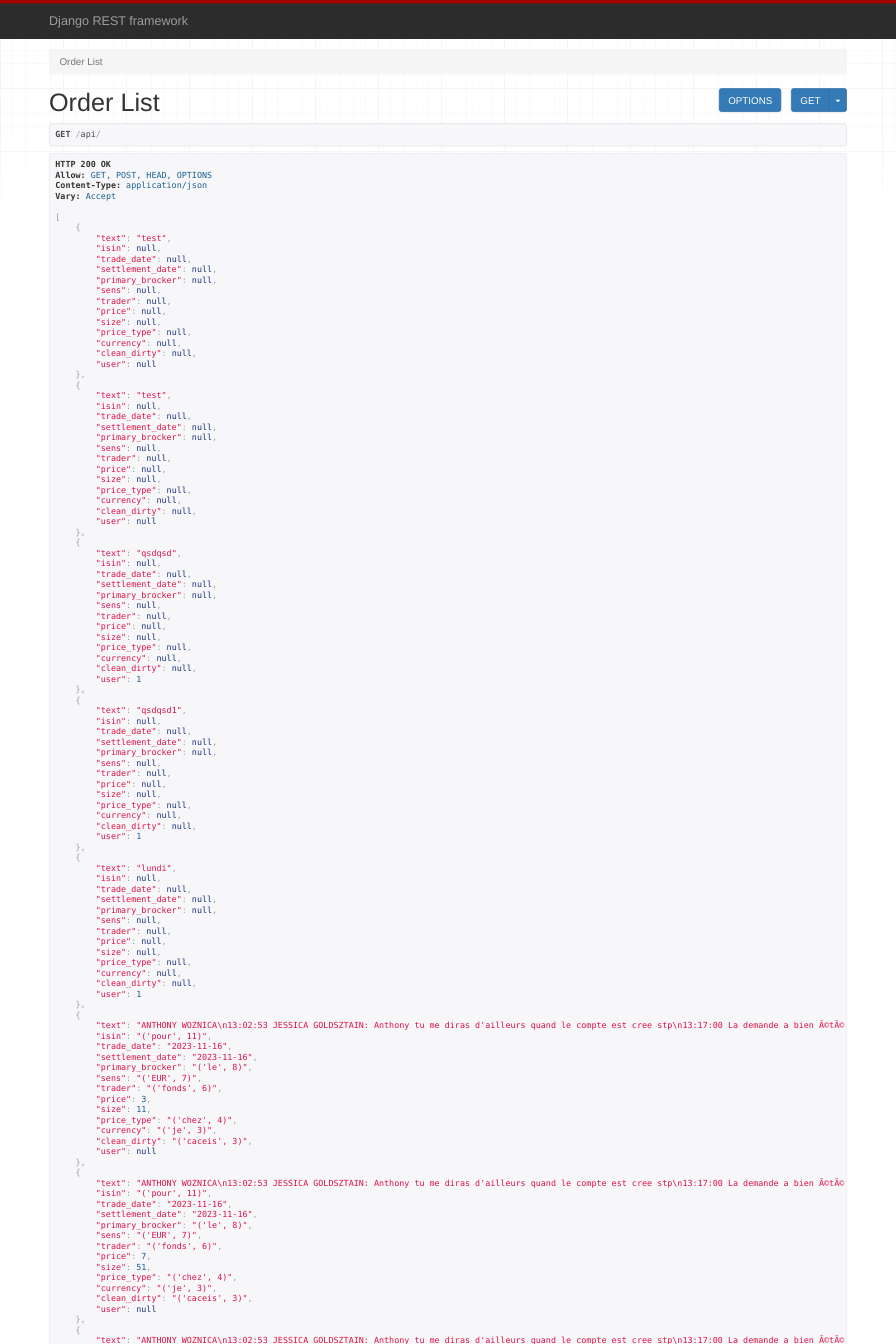
Repository: Dispasim/API2
Page: http://localhost/api/
These files come from the project's save history. The page is drawn as it stood at one moment and after the next save; the edit follows.
The browser window is 1280 px wide. The pictures show the part of the page from y = 0 to 1920 px (the page is 7747 px tall before and 7263 px after), at 70% of full size.
Backgrounds fixed to the window are drawn as part of the page. The page is served by the project's application, run on Django 4.2 (manage.py). Other server files are loaded and not shown. The page reads the database file committed with the project.

Above is the page before, as saved 2023-11-16 20:45:20.

### projet_api/serializers.py
from rest_framework import serializers
from projet.models import Order

class OrderSerializer(serializers.ModelSerializer):
    class Meta:
        model = Order
        fields = ("text","isin","trade_date","settlement_date","primary_brocker","sens","trader","price","size","price_type","currency","clean_dirty","user")#ajouter status
        #fields = ("text","user")

### db.sqlite3 (the tables this page reads, as SQL)
CREATE TABLE "auth_user" ("id" integer NOT NULL PRIMARY KEY AUTOINCREMENT, "password" varchar(128) NOT NULL, "last_login" datetime NULL, "is_superuser" bool NOT NULL, "username" varchar(150) NOT NULL UNIQUE, "last_name" varchar(150) NOT NULL, "email" varchar(254) NOT NULL, "is_staff" bool NOT NULL, "is_active" bool NOT NULL, "date_joined" datetime NOT NULL, "first_name" varchar(150) NOT NULL);
INSERT INTO "auth_user" VALUES
(1, 'pbkdf2_sha256$600000$B7RVPEkLVBTsnWIMyT88z8$smROCXotDNxek4QRbescCy2RKYGCicNA1HIFizQhF+8=', '2023-10-30 19:08:28.519506', 1, 'admin', '', '', 1, 1, '2023-10-30 15:03:18.508687', '');

CREATE TABLE "projet_order" ("id" integer NOT NULL PRIMARY KEY AUTOINCREMENT, "text" text NOT NULL, "clean_dirty" varchar(100) NULL, "currency" varchar(10) NULL, "isin" varchar(12) NULL, "price" integer NULL, "price_type" varchar(10) NULL, "primary_brocker" varchar(100) NULL, "published" datetime NULL, "sens" varchar(100) NULL, "settlement_date" date NULL, "size" integer NULL, "trade_date" date NULL, "trader" varchar(100) NULL, "user_id" integer NULL REFERENCES "auth_user" ("id") DEFERRABLE INITIALLY DEFERRED);
INSERT INTO "projet_order" VALUES
(1, 'test', NULL, NULL, NULL, NULL, NULL, NULL, '2023-11-05 22:40:27.964148', NULL, NULL, NULL, NULL, NULL, NULL),
(2, 'test', NULL, NULL, NULL, NULL, NULL, NULL, '2023-11-05 22:40:27.964148', NULL, NULL, NULL, NULL, NULL, NULL),
(3, 'qsdqsd', NULL, NULL, NULL, NULL, NULL, NULL, '2023-11-05 22:40:40.312300', NULL, NULL, NULL, NULL, NULL, 1),
(4, 'qsdqsd1', NULL, NULL, NULL, NULL, NULL, NULL, '2023-11-05 22:41:47.386012', NULL, NULL, NULL, NULL, NULL, 1),
(5, 'lundi', NULL, NULL, NULL, NULL, NULL, NULL, '2023-11-06 08:49:39.756927', NULL, NULL, NULL, NULL, NULL, 1),
(6, 'ANTHONY WOZNICA
13:02:53 JESSICA GOLDSZTAIN: Anthony tu me diras d''ailleurs quand le compte est cree stp
13:17:00 La demande a bien Ã©tÃ© faite; je te dis quand c''est done
13:07:40 LUCILE COMBE: Anthony en fait je bends 250 partt toal de bond opp : 150 pour le fonds cstb et 100 pour le fonds cma
13:17:10 Bien vu, un instant
13:39:17 100.86 au bid
13:44:03 @Lucile Combe , let me know si c''est good pour toi
14:20:46 Lucile, pour le booking de mon cÃ´tÃ© je te confirme qu''on est done pour:
6,758,000 EUR pour UBS
2,494,000 EUR pour la bil
543,000 EUR pour Cm CIC
700,000 EUR pour le fonds CSTB chez caceis lux
800,000 EUR pour le fonds CMA chez caceis lux
1075,000 EUR pour le fonds CWMA chez caceis lux
400,000 EUR pour le fonds SDA Gestion chez Cm-cic

tous Ã  100%, TD 14 VD 22/09', '(''caceis'', 3)', '(''je'', 3)', '(''pour'', 11)', 3, '(''chez'', 4)', '(''le'', 8)', '2023-11-15 23:44:28.036358', '(''EUR'', 7)', '2023-11-16', 11, '2023-11-16', '(''fonds'', 6)', NULL),
(7, 'ANTHONY WOZNICA
13:02:53 JESSICA GOLDSZTAIN: Anthony tu me diras d''ailleurs quand le compte est cree stp
13:17:00 La demande a bien Ã©tÃ© faite; je te dis quand c''est done
13:07:40 LUCILE COMBE: Anthony en fait je bends 250 partt toal de bond opp : 150 pour le fonds cstb et 100 pour le fonds cma
13:17:10 Bien vu, un instant
13:39:17 100.86 au bid
13:44:03 @Lucile Combe , let me know si c''est good pour toi
14:20:46 Lucile, pour le booking de mon cÃ´tÃ© je te confirme qu''on est done pour:
6,758,000 EUR pour UBS
2,494,000 EUR pour la bil
543,000 EUR pour Cm CIC
700,000 EUR pour le fonds CSTB chez caceis lux
800,000 EUR pour le fonds CMA chez caceis lux
1075,000 EUR pour le fonds CWMA chez caceis lux
400,000 EUR pour le fonds SDA Gestion chez Cm-cic

tous Ã  100%, TD 14 VD 22/09', '(''caceis'', 3)', '(''je'', 3)', '(''pour'', 11)', 7, '(''chez'', 4)', '(''le'', 8)', '2023-11-16 00:04:05.284304', '(''EUR'', 7)', '2023-11-16', 51, '2023-11-16', '(''fonds'', 6)', NULL),
(8, 'ANTHONY WOZNICA
13:02:53 JESSICA GOLDSZTAIN: Anthony tu me diras d''ailleurs quand le compte est cree stp
13:17:00 La demande a bien Ã©tÃ© faite; je te dis quand c''est done
13:07:40 LUCILE COMBE: Anthony en fait je bends 250 partt toal de bond opp : 150 pour le fonds cstb et 100 pour le fonds cma
13:17:10 Bien vu, un instant
13:39:17 100.86 au bid
13:44:03 @Lucile Combe , let me know si c''est good pour toi
14:20:46 Lucile, pour le booking de mon cÃ´tÃ© je te confirme qu''on est done pour:
6,758,000 EUR pour UBS
2,494,000 EUR pour la bil
543,000 EUR pour Cm CIC
700,000 EUR pour le fonds CSTB chez caceis lux
800,000 EUR pour le fonds CMA chez caceis lux
1075,000 EUR pour le fonds CWMA chez caceis lux
400,000 EUR pour le fonds SDA Gestion chez Cm-cic

tous Ã  100%, TD 14 VD 22/09', '(''caceis'', 3)', '(''je'', 3)', '(''pour'', 11)', 39, '(''chez'', 4)', '(''le'', 8)', '2023-11-16 00:52:44.151938', '(''EUR'', 7)', '2023-11-16', 43, '2023-11-16', '(''fonds'', 6)', NULL),
(9, 'ANTHONY WOZNICA
13:02:53 JESSICA GOLDSZTAIN: Anthony tu me diras d''ailleurs quand le compte est cree stp
13:17:00 La demande a bien Ã©tÃ© faite; je te dis quand c''est done
13:07:40 LUCILE COMBE: Anthony en fait je bends 250 partt toal de bond opp : 150 pour le fonds cstb et 100 pour le fonds cma
13:17:10 Bien vu, un instant
13:39:17 100.86 au bid
13:44:03 @Lucile Combe , let me know si c''est good pour toi
14:20:46 Lucile, pour le booking de mon cÃ´tÃ© je te confirme qu''on est done pour:
6,758,000 EUR pour UBS
2,494,000 EUR pour la bil
543,000 EUR pour Cm CIC
700,000 EUR pour le fonds CSTB chez caceis lux
800,000 EUR pour le fonds CMA chez caceis lux
1075,000 EUR pour le fonds CWMA chez caceis lux
400,000 EUR pour le fonds SDA Gestion chez Cm-cic

tous Ã  100%, TD 14 VD 22/09', '(''caceis'', 3)', '(''je'', 3)', '(''pour'', 11)', 11, '(''chez'', 4)', '(''le'', 8)', '2023-11-16 00:55:53.355749', '(''EUR'', 7)', '2023-11-16', 100, '2023-11-16', '(''fonds'', 6)', NULL),
(10, 'OpusCentralAPP
Order to Confirm
Update success
Opus Order Reference:	2603892567
Traded Price:	
1033.76
Settlement Date:	
28/09/2023
Partial Filled Amount:	
11
Accrued Interest(If Any):	
accrued interest
Total Settlement Amount):	
settlement amount
Broker Order Reference:	
broker Order Reference info
Action:	
Order ID:	2603892567
Compartment:	A3GY15 - Compartment 428
Broker Name:	Kepler Cheuvreux
Buy/Sell:	Buy
Currency:	USD
ISIN/Identifer:	DE9739RO0760
Nominal/Units/Amount:	14
[Nominal/Units/Amount]:	Units
Price Limit:	1033.76
Valid Until:	9/26/2023 12:00:00 AM
Quotation:	
Additional Info:	
Order Status:	Complete (Partially filled)
Broker Settlement Date:	9/28/2023 12:00:00 AM
Broker Agreed Final Filled Amount:	11
Broker Agreed Traded Price:	1033.76
Broker Agreed Accrued Interest:	
Broker Agreed Total Settlement Amount:	
Broker Order Reference:	
Broker Agreed Status:	Complete (Partially filled)
Â© 2022 - OpusCentralAPP', '(''Amount:'', 3)', '(''1033.76'', 3)', '(''Broker'', 9)', 26, '(''Reference:'', 3)', '(''Order'', 7)', '2023-11-16 00:56:29.994282', '(''Agreed'', 5)', '2023-11-16', 100, '2023-11-16', '(''Settlement'', 4)', NULL),
(11, 'Tuesday, September 26, 2023
CYRILL POPP
08:48:31 Good morning
08:48:32 Buy CHF 580 units in CH3285307337 at market  pls
ANTHONY WOZNICA
08:49:37 Hi hi
08:50:12 Well seen, will revert after open
CYRILL POPP
08:53:39 Ok thx
DOMINIK PHILIPP GANTNER
09:18:18  Buy USD 42k XSY486T90976 at market pls
ANTHONY WOZNICA
09:20:01 hihi
09:20:03 Well seen
09:18:18 DOMINIK PHILIPP GANTNER:  Buy USD 42k XSY486T90976 at market pls
09:20:11 Will revert after US on this one
DOMINIK PHILIPP GANTNER
09:20:25 Ok thank you
ANTHONY WOZNICA
09:20:31 CH3285307337 with you shortly
08:48:32 CYRILL POPP: Buy CHF 580 units in CH3285307337 at market  pls
09:24:23 Done at 94.46 TD 26 VD 28
MARTIN GROB
09:25:52 Hi
09:26:07 sub USD 275k XS27671785421 at 100%
ARTHUR MALSERT
09:26:07 MARTIN GROB: sub USD 275k XS27671785421 at 100%
09:36:58 Hello Martin, don''t you mean XS2671785421?
MARTIN GROB
09:39:18 yes correct
ARTHUR MALSERT
09:39:34 Ok thanks, order reserved. We''ll revert with confirmation
ALEXIS BOUVET
09:26:07 MARTIN GROB: sub USD 275k XS27671785421 at 100%
09:45:56 +USD 275k in XS2671785421 done @ 100% TD 26/09 VD 04/10
MARTIN GROB
09:47:30 done thx
CYRILL POPP
09:24:23 ANTHONY WOZNICA: Done at 94.46 TD 26 VD 28
10:26:35 Done thx
ANTHONY WOZNICA
15:35:40 XSY486T90976  done at 99.58% TD 26 VD 28', '(''market'', 4)', '(''Buy'', 4)', '(''at'', 10)', 89, '(''CYRILL'', 4)', '(''ANTHONY'', 5)', '2023-11-16 01:01:34.075446', '(''USD'', 5)', '2023-11-16', 73, '2023-11-16', '(''MARTIN'', 5)', NULL),
(12, 'Tuesday, September 26, 2023
CYRILL POPP
08:48:31 Good morning
08:48:32 Buy CHF 580 units in CH3285307337 at market  pls
ANTHONY WOZNICA
08:49:37 Hi hi
08:50:12 Well seen, will revert after open
CYRILL POPP
08:53:39 Ok thx
DOMINIK PHILIPP GANTNER
09:18:18  Buy USD 42k XSY486T90976 at market pls
ANTHONY WOZNICA
09:20:01 hihi
09:20:03 Well seen
09:18:18 DOMINIK PHILIPP GANTNER:  Buy USD 42k XSY486T90976 at market pls
09:20:11 Will revert after US on this one
DOMINIK PHILIPP GANTNER
09:20:25 Ok thank you
ANTHONY WOZNICA
09:20:31 CH3285307337 with you shortly
08:48:32 CYRILL POPP: Buy CHF 580 units in CH3285307337 at market  pls
09:24:23 Done at 94.46 TD 26 VD 28
MARTIN GROB
09:25:52 Hi
09:26:07 sub USD 275k XS27671785421 at 100%
ARTHUR MALSERT
09:26:07 MARTIN GROB: sub USD 275k XS27671785421 at 100%
09:36:58 Hello Martin, don''t you mean XS2671785421?
MARTIN GROB
09:39:18 yes correct
ARTHUR MALSERT
09:39:34 Ok thanks, order reserved. We''ll revert with confirmation
ALEXIS BOUVET
09:26:07 MARTIN GROB: sub USD 275k XS27671785421 at 100%
09:45:56 +USD 275k in XS2671785421 done @ 100% TD 26/09 VD 04/10
MARTIN GROB
09:47:30 done thx
CYRILL POPP
09:24:23 ANTHONY WOZNICA: Done at 94.46 TD 26 VD 28
10:26:35 Done thx
ANTHONY WOZNICA
15:35:40 XSY486T90976  done at 99.58% TD 26 VD 28', '(''market'', 4)', '(''Buy'', 4)', '(''at'', 10)', 45, '(''CYRILL'', 4)', '(''ANTHONY'', 5)', '2023-11-16 01:02:36.756269', '(''USD'', 5)', '2023-11-16', 7, '2023-11-16', '(''MARTIN'', 5)', NULL),
(13, 'Tuesday, September 26, 2023
FITZGERALD STOJANOVIC
10:48:58 gm, we sell EUR 8''000 XS4265Z92J54 at market
ARTHUR MALSERT
10:49:24 Hello Fitzgerald
10:49:25 Well seen
FITZGERALD STOJANOVIC
10:49:27 hi, tx
ARTHUR MALSERT
13:58:26 Fitzgerald, I confirm you just sold 8k of XS4265Z92J54 @ 93.90% dirty

TD 26/09
VD 28/09', '(''September'', 1)', '(''Tuesday,'', 1)', '(''FITZGERALD'', 2)', 21, '(''MALSERT'', 2)', '(''STOJANOVIC'', 2)', '2023-11-16 19:46:09.423220', '(''XS4265Z92J54'', 2)', '2023-11-16', 53, '2023-11-16', '(''ARTHUR'', 2)', NULL),
(14, 'NICO COMMINOT
15:27:28 CH81O34918F6 - UBS sells 150 units at 95
ANTHONY WOZNICA
15:34:13 CHC98810J907 you SELL 9k units at 74.58 TD 25 VD 27
15:34:16 CH81O34918F6  sec
AVNI ELMAZI
16:21:44 DE339K20942A - UBS sells 23 units at market
LAJANA ADANK
16:29:10 XS2671785421 - subs USD 215â€˜000.-
MATHIEU LEROY
16:29:10 LAJANA ADANK: XS2671785421 - subs USD 215â€˜000.-
16:30:35 Done at 100% TD 26/09 VD 04/10
LAJANA ADANK
16:31:04 Thank you
ANTHONY WOZNICA
16:31:13 CH81O34918F6 done at 96.75 TD 26 VD 28', '(''LAJANA'', 3)', '(''VD'', 3)', '(''at'', 5)', 49, '(''TD'', 3)', '(''-'', 4)', '2023-11-16 19:58:17.585222', '(''CH81O34918F6'', 3)', '2023-11-16', 19, '2023-11-16', '(''units'', 3)', NULL),
(15, 'NICO COMMINOT
15:27:28 CH81O34918F6 - UBS sells 150 units at 95
ANTHONY WOZNICA
15:34:13 CHC98810J907 you SELL 9k units at 74.58 TD 25 VD 27
15:34:16 CH81O34918F6  sec
AVNI ELMAZI
16:21:44 DE339K20942A - UBS sells 23 units at market
LAJANA ADANK
16:29:10 XS2671785421 - subs USD 215â€˜000.-
MATHIEU LEROY
16:29:10 LAJANA ADANK: XS2671785421 - subs USD 215â€˜000.-
16:30:35 Done at 100% TD 26/09 VD 04/10
LAJANA ADANK
16:31:04 Thank you
ANTHONY WOZNICA
16:31:13 CH81O34918F6 done at 96.75 TD 26 VD 28', '(''LAJANA'', 3)', '(''VD'', 3)', '(''at'', 5)', 25, '(''TD'', 3)', '(''-'', 4)', '2023-11-16 20:43:53.590990', '(''CH81O34918F6'', 3)', '2023-11-16', 68, '2023-11-16', '(''units'', 3)', NULL),
(16, 'NICO COMMINOT
15:27:28 CH81O34918F6 - UBS sells 150 units at 95
ANTHONY WOZNICA
15:34:13 CHC98810J907 you SELL 9k units at 74.58 TD 25 VD 27
15:34:16 CH81O34918F6  sec
AVNI ELMAZI
16:21:44 DE339K20942A - UBS sells 23 units at market
LAJANA ADANK
16:29:10 XS2671785421 - subs USD 215â€˜000.-
MATHIEU LEROY
16:29:10 LAJANA ADANK: XS2671785421 - subs USD 215â€˜000.-
16:30:35 Done at 100% TD 26/09 VD 04/10
LAJANA ADANK
16:31:04 Thank you
ANTHONY WOZNICA
16:31:13 CH81O34918F6 done at 96.75 TD 26 VD 28', '(''LAJANA'', 3)', '(''VD'', 3)', '(''at'', 5)', 81, '(''TD'', 3)', '(''-'', 4)', '2023-11-16 20:45:08.467904', '(''CH81O34918F6'', 3)', '2023-11-16', 74, '2023-11-16', '(''units'', 3)', NULL),
(17, 'NICO COMMINOT
15:27:28 CH81O34918F6 - UBS sells 150 units at 95
ANTHONY WOZNICA
15:34:13 CHC98810J907 you SELL 9k units at 74.58 TD 25 VD 27
15:34:16 CH81O34918F6  sec
AVNI ELMAZI
16:21:44 DE339K20942A - UBS sells 23 units at market
LAJANA ADANK
16:29:10 XS2671785421 - subs USD 215â€˜000.-
MATHIEU LEROY
16:29:10 LAJANA ADANK: XS2671785421 - subs USD 215â€˜000.-
16:30:35 Done at 100% TD 26/09 VD 04/10
LAJANA ADANK
16:31:04 Thank you
ANTHONY WOZNICA
16:31:13 CH81O34918F6 done at 96.75 TD 26 VD 28', '(''LAJANA'', 3)', '(''VD'', 3)', '(''at'', 5)', 17, '(''TD'', 3)', '(''-'', 4)', '2023-11-16 20:45:36.224235', '(''CH81O34918F6'', 3)', '2023-11-16', 50, '2023-11-16', '(''units'', 3)', NULL),
(18, 'NICO COMMINOT
15:27:28 CH81O34918F6 - UBS sells 150 units at 95
ANTHONY WOZNICA
15:34:13 CHC98810J907 you SELL 9k units at 74.58 TD 25 VD 27
15:34:16 CH81O34918F6  sec
AVNI ELMAZI
16:21:44 DE339K20942A - UBS sells 23 units at market
LAJANA ADANK
16:29:10 XS2671785421 - subs USD 215â€˜000.-
MATHIEU LEROY
16:29:10 LAJANA ADANK: XS2671785421 - subs USD 215â€˜000.-
16:30:35 Done at 100% TD 26/09 VD 04/10
LAJANA ADANK
16:31:04 Thank you
ANTHONY WOZNICA
16:31:13 CH81O34918F6 done at 96.75 TD 26 VD 28', '(''LAJANA'', 3)', '(''VD'', 3)', '(''at'', 5)', 7, '(''TD'', 3)', '(''-'', 4)', '2023-11-16 20:45:40.027585', '(''CH81O34918F6'', 3)', '2023-11-16', 16, '2023-11-16', '(''units'', 3)', NULL),
(19, 'NICO COMMINOT
15:27:28 CH81O34918F6 - UBS sells 150 units at 95
ANTHONY WOZNICA
15:34:13 CHC98810J907 you SELL 9k units at 74.58 TD 25 VD 27
15:34:16 CH81O34918F6  sec
AVNI ELMAZI
16:21:44 DE339K20942A - UBS sells 23 units at market
LAJANA ADANK
16:29:10 XS2671785421 - subs USD 215â€˜000.-
MATHIEU LEROY
16:29:10 LAJANA ADANK: XS2671785421 - subs USD 215â€˜000.-
16:30:35 Done at 100% TD 26/09 VD 04/10
LAJANA ADANK
16:31:04 Thank you
ANTHONY WOZNICA
16:31:13 CH81O34918F6 done at 96.75 TD 26 VD 28', '(''LAJANA'', 3)', '(''VD'', 3)', '(''at'', 5)', 92, '(''TD'', 3)', '(''-'', 4)', '2023-11-16 20:46:14.738606', '(''CH81O34918F6'', 3)', '2023-11-16', 91, '2023-11-16', '(''units'', 3)', NULL),
(20, 'NICO COMMINOT
15:27:28 CH81O34918F6 - UBS sells 150 units at 95
ANTHONY WOZNICA
15:34:13 CHC98810J907 you SELL 9k units at 74.58 TD 25 VD 27
15:34:16 CH81O34918F6  sec
AVNI ELMAZI
16:21:44 DE339K20942A - UBS sells 23 units at market
LAJANA ADANK
16:29:10 XS2671785421 - subs USD 215â€˜000.-
MATHIEU LEROY
16:29:10 LAJANA ADANK: XS2671785421 - subs USD 215â€˜000.-
16:30:35 Done at 100% TD 26/09 VD 04/10
LAJANA ADANK
16:31:04 Thank you
ANTHONY WOZNICA
16:31:13 CH81O34918F6 done at 96.75 TD 26 VD 28', '(''LAJANA'', 3)', '(''VD'', 3)', '(''at'', 5)', 86, '(''TD'', 3)', '(''-'', 4)', '2023-11-16 20:46:58.215040', '(''CH81O34918F6'', 3)', '2023-11-16', 19, '2023-11-16', '(''units'', 3)', NULL),
(21, 'NICO COMMINOT
15:27:28 CH81O34918F6 - UBS sells 150 units at 95
ANTHONY WOZNICA
15:34:13 CHC98810J907 you SELL 9k units at 74.58 TD 25 VD 27
15:34:16 CH81O34918F6  sec
AVNI ELMAZI
16:21:44 DE339K20942A - UBS sells 23 units at market
LAJANA ADANK
16:29:10 XS2671785421 - subs USD 215â€˜000.-
MATHIEU LEROY
16:29:10 LAJANA ADANK: XS2671785421 - subs USD 215â€˜000.-
16:30:35 Done at 100% TD 26/09 VD 04/10
LAJANA ADANK
16:31:04 Thank you
ANTHONY WOZNICA
16:31:13 CH81O34918F6 done at 96.75 TD 26 VD 28', '(''LAJANA'', 3)', '(''VD'', 3)', '(''at'', 5)', 49, '(''TD'', 3)', '(''-'', 4)', '2023-11-16 20:50:28.319714', '(''CH81O34918F6'', 3)', '2023-11-16', 15, '2023-11-16', '(''units'', 3)', NULL),
(22, 'NICO COMMINOT
15:27:28 CH81O34918F6 - UBS sells 150 units at 95
ANTHONY WOZNICA
15:34:13 CHC98810J907 you SELL 9k units at 74.58 TD 25 VD 27
15:34:16 CH81O34918F6  sec
AVNI ELMAZI
16:21:44 DE339K20942A - UBS sells 23 units at market
LAJANA ADANK
16:29:10 XS2671785421 - subs USD 215â€˜000.-
MATHIEU LEROY
16:29:10 LAJANA ADANK: XS2671785421 - subs USD 215â€˜000.-
16:30:35 Done at 100% TD 26/09 VD 04/10
LAJANA ADANK
16:31:04 Thank you
ANTHONY WOZNICA
16:31:13 CH81O34918F6 done at 96.75 TD 26 VD 28', '(''LAJANA'', 3)', '(''VD'', 3)', '(''at'', 5)', 45, '(''TD'', 3)', '(''-'', 4)', '2023-11-16 20:51:36.539504', '(''CH81O34918F6'', 3)', '2023-11-16', 45, '2023-11-16', '(''units'', 3)', NULL),
(23, 'NICO COMMINOT
15:27:28 CH81O34918F6 - UBS sells 150 units at 95
ANTHONY WOZNICA
15:34:13 CHC98810J907 you SELL 9k units at 74.58 TD 25 VD 27
15:34:16 CH81O34918F6  sec
AVNI ELMAZI
16:21:44 DE339K20942A - UBS sells 23 units at market
LAJANA ADANK
16:29:10 XS2671785421 - subs USD 215â€˜000.-
MATHIEU LEROY
16:29:10 LAJANA ADANK: XS2671785421 - subs USD 215â€˜000.-
16:30:35 Done at 100% TD 26/09 VD 04/10
LAJANA ADANK
16:31:04 Thank you
ANTHONY WOZNICA
16:31:13 CH81O34918F6 done at 96.75 TD 26 VD 28', '(''LAJANA'', 3)', '(''VD'', 3)', '(''at'', 5)', 36, '(''TD'', 3)', '(''-'', 4)', '2023-11-16 20:52:07.580674', '(''CH81O34918F6'', 3)', '2023-11-16', 21, '2023-11-16', '(''units'', 3)', NULL),
(24, 'NICO COMMINOT
15:27:28 CH81O34918F6 - UBS sells 150 units at 95
ANTHONY WOZNICA
15:34:13 CHC98810J907 you SELL 9k units at 74.58 TD 25 VD 27
15:34:16 CH81O34918F6  sec
AVNI ELMAZI
16:21:44 DE339K20942A - UBS sells 23 units at market
LAJANA ADANK
16:29:10 XS2671785421 - subs USD 215â€˜000.-
MATHIEU LEROY
16:29:10 LAJANA ADANK: XS2671785421 - subs USD 215â€˜000.-
16:30:35 Done at 100% TD 26/09 VD 04/10
LAJANA ADANK
16:31:04 Thank you
ANTHONY WOZNICA
16:31:13 CH81O34918F6 done at 96.75 TD 26 VD 28', '(''LAJANA'', 3)', '(''VD'', 3)', '(''at'', 5)', 64, '(''TD'', 3)', '(''-'', 4)', '2023-11-16 20:58:34.593430', '(''CH81O34918F6'', 3)', '2023-11-16', 92, '2023-11-16', '(''units'', 3)', NULL),
(25, 'NICO COMMINOT
15:27:28 CH81O34918F6 - UBS sells 150 units at 95
ANTHONY WOZNICA
15:34:13 CHC98810J907 you SELL 9k units at 74.58 TD 25 VD 27
15:34:16 CH81O34918F6  sec
AVNI ELMAZI
16:21:44 DE339K20942A - UBS sells 23 units at market
LAJANA ADANK
16:29:10 XS2671785421 - subs USD 215â€˜000.-
MATHIEU LEROY
16:29:10 LAJANA ADANK: XS2671785421 - subs USD 215â€˜000.-
16:30:35 Done at 100% TD 26/09 VD 04/10
LAJANA ADANK
16:31:04 Thank you
ANTHONY WOZNICA
16:31:13 CH81O34918F6 done at 96.75 TD 26 VD 28', '(''LAJANA'', 3)', '(''VD'', 3)', '(''at'', 5)', 55, '(''TD'', 3)', '(''-'', 4)', '2023-11-16 21:02:02.514486', '(''CH81O34918F6'', 3)', '2023-11-16', 82, '2023-11-16', '(''units'', 3)', NULL),
(26, 'NICO COMMINOT
15:27:28 CH81O34918F6 - UBS sells 150 units at 95
ANTHONY WOZNICA
15:34:13 CHC98810J907 you SELL 9k units at 74.58 TD 25 VD 27
15:34:16 CH81O34918F6  sec
AVNI ELMAZI
16:21:44 DE339K20942A - UBS sells 23 units at market
LAJANA ADANK
16:29:10 XS2671785421 - subs USD 215â€˜000.-
MATHIEU LEROY
16:29:10 LAJANA ADANK: XS2671785421 - subs USD 215â€˜000.-
16:30:35 Done at 100% TD 26/09 VD 04/10
LAJANA ADANK
16:31:04 Thank you
ANTHONY WOZNICA
16:31:13 CH81O34918F6 done at 96.75 TD 26 VD 28', '(''LAJANA'', 3)', '(''VD'', 3)', '(''at'', 5)', 24, '(''TD'', 3)', '(''-'', 4)', '2023-11-16 21:31:34.966465', '(''CH81O34918F6'', 3)', '2023-11-16', 1, '2023-11-16', '(''units'', 3)', NULL),
(27, 'NICO COMMINOT
15:27:28 CH81O34918F6 - UBS sells 150 units at 95
ANTHONY WOZNICA
15:34:13 CHC98810J907 you SELL 9k units at 74.58 TD 25 VD 27
15:34:16 CH81O34918F6  sec
AVNI ELMAZI
16:21:44 DE339K20942A - UBS sells 23 units at market
LAJANA ADANK
16:29:10 XS2671785421 - subs USD 215â€˜000.-
MATHIEU LEROY
16:29:10 LAJANA ADANK: XS2671785421 - subs USD 215â€˜000.-
16:30:35 Done at 100% TD 26/09 VD 04/10
LAJANA ADANK
16:31:04 Thank you
ANTHONY WOZNICA
16:31:13 CH81O34918F6 done at 96.75 TD 26 VD 28', '(''LAJANA'', 3)', '(''VD'', 3)', '(''at'', 5)', 78, '(''TD'', 3)', '(''-'', 4)', '2023-11-16 21:35:44.106707', '(''CH81O34918F6'', 3)', '2023-11-16', 98, '2023-11-16', '(''units'', 3)', NULL),
(28, 'NICO COMMINOT
15:27:28 CH81O34918F6 - UBS sells 150 units at 95
ANTHONY WOZNICA
15:34:13 CHC98810J907 you SELL 9k units at 74.58 TD 25 VD 27
15:34:16 CH81O34918F6  sec
AVNI ELMAZI
16:21:44 DE339K20942A - UBS sells 23 units at market
LAJANA ADANK
16:29:10 XS2671785421 - subs USD 215â€˜000.-
MATHIEU LEROY
16:29:10 LAJANA ADANK: XS2671785421 - subs USD 215â€˜000.-
16:30:35 Done at 100% TD 26/09 VD 04/10
LAJANA ADANK
16:31:04 Thank you
ANTHONY WOZNICA
16:31:13 CH81O34918F6 done at 96.75 TD 26 VD 28', '(''LAJANA'', 3)', '(''VD'', 3)', '(''at'', 5)', 50, '(''TD'', 3)', '(''-'', 4)', '2023-11-16 21:52:52.419241', '(''CH81O34918F6'', 3)', '2023-11-16', 38, '2023-11-16', '(''units'', 3)', NULL),
(29, 'NICO COMMINOT
15:27:28 CH81O34918F6 - UBS sells 150 units at 95
ANTHONY WOZNICA
15:34:13 CHC98810J907 you SELL 9k units at 74.58 TD 25 VD 27
15:34:16 CH81O34918F6  sec
AVNI ELMAZI
16:21:44 DE339K20942A - UBS sells 23 units at market
LAJANA ADANK
16:29:10 XS2671785421 - subs USD 215â€˜000.-
MATHIEU LEROY
16:29:10 LAJANA ADANK: XS2671785421 - subs USD 215â€˜000.-
16:30:35 Done at 100% TD 26/09 VD 04/10
LAJANA ADANK
16:31:04 Thank you
ANTHONY WOZNICA
16:31:13 CH81O34918F6 done at 96.75 TD 26 VD 28', '(''LAJANA'', 3)', '(''VD'', 3)', '(''at'', 5)', 46, '(''TD'', 3)', '(''-'', 4)', '2023-11-16 21:53:30.330110', '(''CH81O34918F6'', 3)', '2023-11-16', 6, '2023-11-16', '(''units'', 3)', NULL);

Loaded but not shown: projet_api/views.py (32 lines, source omitted); projet/urls.py (15 lines, source omitted); projet_api/urls.py (11 lines, source omitted); core/urls.py (9 lines, source omitted); projet/models.py (48 lines, source omitted)

After the next save:
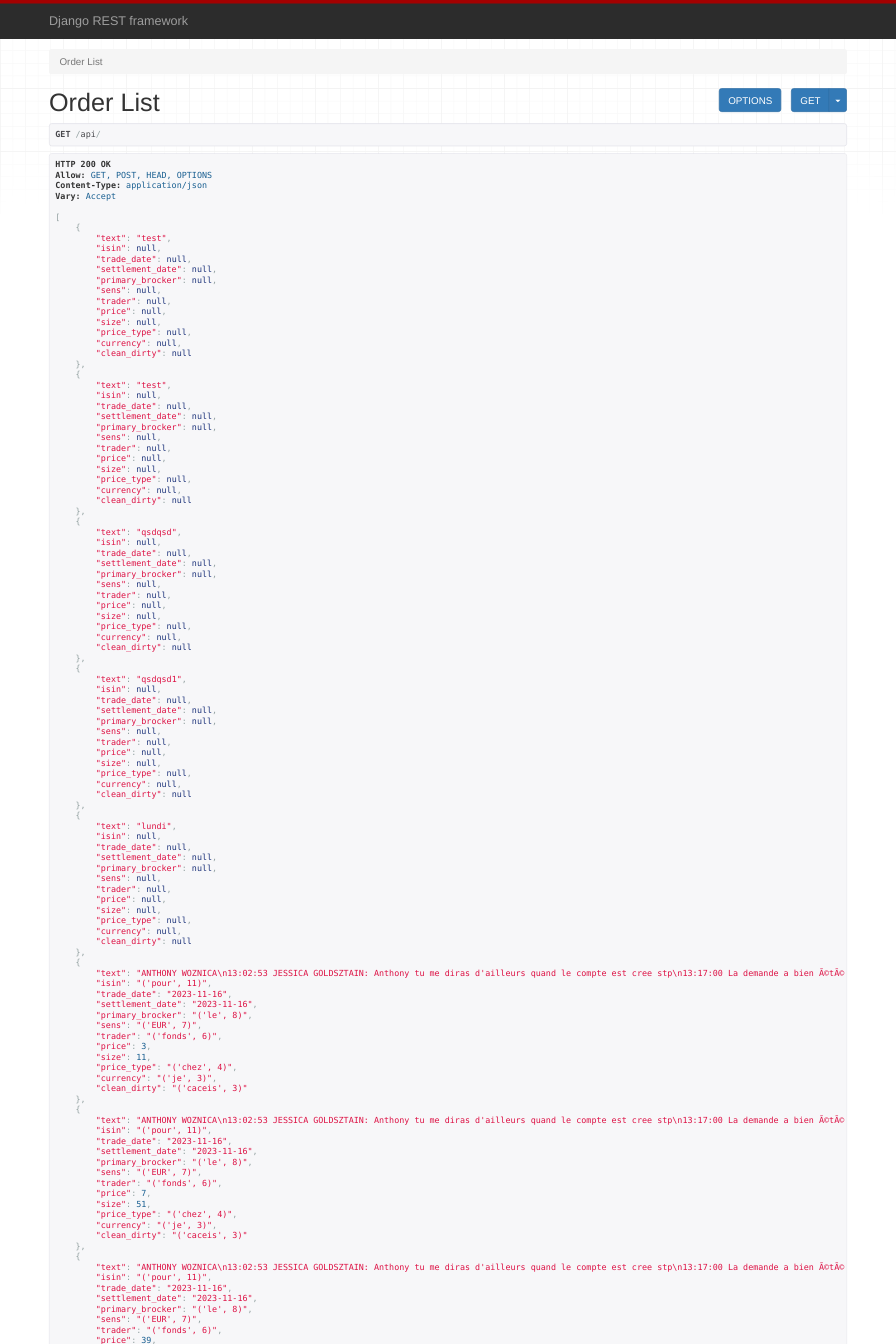
Saved 2 min 19 s later.
--- a/projet_api/serializers.py
+++ b/projet_api/serializers.py
@@ -4,5 +4,5 @@ from projet.models import Order
 class OrderSerializer(serializers.ModelSerializer):
     class Meta:
         model = Order
-        fields = ("text","isin","trade_date","settlement_date","primary_brocker","sens","trader","price","size","price_type","currency","clean_dirty","user")#ajouter status
+        fields = ("text","isin","trade_date","settlement_date","primary_brocker","sens","trader","price","size","price_type","currency","clean_dirty")#ajouter status
         #fields = ("text","user")
